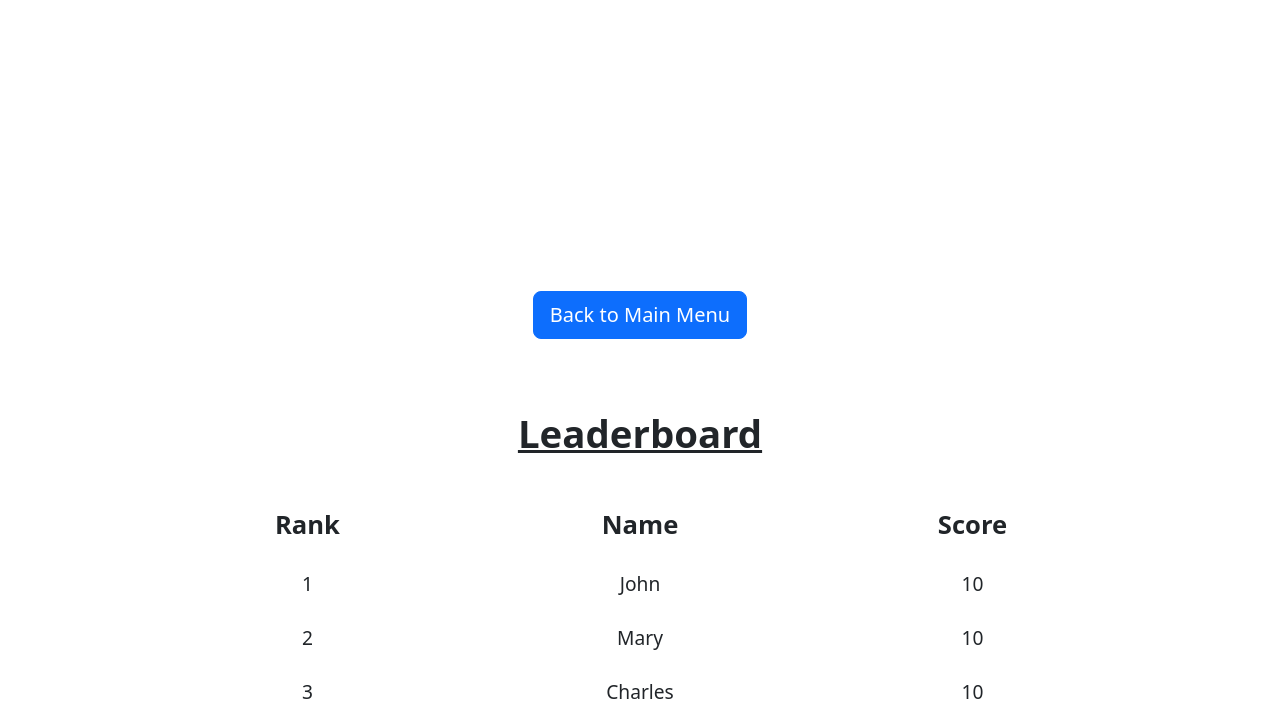
Repository: themaxermister/tik-tok-2022-A1-Hangman
Page: /
The author's editor kept a copy of each file at every save. The page is drawn from the files as they stood at one save, then again after the next save.
The browser window is 1280 px wide. The pictures show the whole page.
The project was rebuilt for these pictures with package versions that can differ from the ones it lists, and the page was loaded fresh each time. Also part of the build but not shown: src/pages/Start.jsx.

Above is the page before, as saved 2022-05-23 17:43:36.

### src/index.js
import React from 'react';
import { createRoot } from 'react-dom/client';
import App from './App';
import reportWebVitals from './reportWebVitals';
import 'bootstrap/dist/css/bootstrap.css';


const root = createRoot(document.getElementById('root'));
root.render(<App />)

// If you want to start measuring performance in your app, pass a function
// to log results (for example: reportWebVitals(console.log))
// or send to an analytics endpoint. Learn more: https://bit.ly/CRA-vitals
reportWebVitals();

### src/App.js
import React, { Component } from "react";
import './css/App.css';
import './css/misc.css';
import Start from "./pages/Start";
import Leaderboard from "./pages/Leaderboard";

class App extends Component {
  state = {
    rank_score : [
      {rank: 1, name:'John', score: 10},
      {rank: 2, name:'Mary', score: 10},
      {rank: 3, name:'Charles', score: 10},
      {rank: 4, name:'', score: 0},
      {rank: 5, name:'', score: 0}
    ]
  };
  render(){
    return (
      //<Start />
      <Leaderboard rankScore={this.state.rank_score} />
    );
  }
}

export default App;

### src/css/App.css
main {
  min-width: 100vw;
  min-height: 100vh;
  display: flex;
  flex-direction: column;
  align-items: center;
}

/* Start Page */
#start-page {
  justify-content: center;
}

#start-title{
  font-size: 10vw;
  margin: 100px;
}

#start-page > #button-row > button {
  width: 20%;
  margin: 20px;
}

/* Leaderboard Page */
#leaderboard-page {
  display: flex;
  flex-direction: column;
  justify-content: flex-start;
  align-items: center;
}

.sub-title{
  margin: 30px;
  font-weight: bold;
  text-decoration: underline;
  font-size: 3vw;
}

#leaderboard-table {
  width: 100%;
  display: flex;
  justify-content: center;
  align-items: center;
}

#leaderboard-table > .grid-container {
  display: grid;
  grid-template-columns: 1fr;
  justify-items: center;
  grid-template-columns: repeat(3, 1fr);
}

#leaderboard-table > .grid-container  > .title {
  font-weight: bold;
  font-size: 2vw !important;
}

#leaderboard-table > .grid-container  > .cell {
  padding: 1vw 10vw;
  font-size: 1.5vw;
}

#leaderboard-page > #back-button-container{
  margin-top: auto;
  margin-bottom: 5vh;
}

### src/css/misc.css
code {
  font-family: source-code-pro, Menlo, Monaco, Consolas, "Courier New",
    monospace;
}

html, body{
  width: 100%;
  height: 100%;
}

body {
  margin: 0;
  font-family: -apple-system, BlinkMacSystemFont, "Segoe UI", "Roboto", "Oxygen",
    "Ubuntu", "Cantarell", "Fira Sans", "Droid Sans", "Helvetica Neue",
    sans-serif;
  -webkit-font-smoothing: antialiased;
  -moz-osx-font-smoothing: grayscale;
}

.hrow {
  width: 100%;
  display: flex;
  flex-direction: row;
  justify-content: center;
}

### src/pages/Leaderboard.jsx
import React, { Component } from "react";
import CustomButton from "../components/CustomButton";
import ScoreTable from "../components/ScoreTable";

class Leaderboard extends Component {
    render() {
    const { rankScore } = this.props; // Saved state of score data

    return (
      <main id="leaderboard-page">
          <div id="back-button-container">
            <CustomButton key="1" id="back-button" type="pri" text="Back to Main Menu" />
          </div>
          <div id="leaderboard-title" className="sub-title">Leaderboard</div>
          <ScoreTable key="1" rankScore={rankScore} tableName="leaderboard-table" />
      </main>
    );
  }
}

export default Leaderboard;

### src/components/CustomButton.jsx
import React from "react";

const getButtonType = (type) => {
  // Change with Kenny's CSS class codes
  if (type === "pri") {
    return "btn btn-primary btn-lg";
  } else if (type === "sec") {
    return "btn btn-secondary btn-lg";
  }
  return "none";
};

const CustomButton = ({ id, type, text }) => {
  //console.log("CustomButton - Rendered");

  return (
    <React.Fragment>
      <button id={id} className={getButtonType(type)}>{text}</button>
    </React.Fragment>
  );
};

export default CustomButton;

### src/components/ScoreTable.jsx
import React from "react";
import ScoreRow from "./ScoreRow";

const ScoreTable = ({ tableName, rankScore }) => {
  //console.log(tableName, "- Rendered");

  return (
    <div id={tableName}>
      <div className="grid-container">
        <ScoreRow rank="Rank" name="Name" score="Score" title='true' />
        { rankScore.map(function(scoreRow) {
          if (scoreRow.name.length > 0)
            return <ScoreRow key={rankScore.indexOf(scoreRow)} rank={scoreRow.rank} name={scoreRow.name}score="10" title={scoreRow.title}/>;
          return null;
        })}
      </div>
    </div>
  );
};

export default ScoreTable;

### src/components/ScoreRow.jsx
import React from "react";

const checkTitle = (rank, name, score, title ) => {
    // Check if row is title row or not
    if (title === 'true'){
        return (
            <React.Fragment>
            <div className="title cell rank">{rank}</div>
            <div className="title cell name">{name}</div>
            <div className="title cell score">{score}</div>
            </React.Fragment>
        )
    }
    else{
        // Check if row is score row or not
        return (
            <React.Fragment>
            <div className="cell rank">{rank}</div>
            <div className="cell name">{name}</div>
            <div className="cell score">{score}</div>
            </React.Fragment>
        )
    }

}

// Generate row in table

const ScoreRow = ({ rank, name, score, title }) => {
  //console.log("#" + rank + " Score Row - Rendered");

  return (
    checkTitle(rank, name, score, title )
  );
};

export default ScoreRow;

Loaded but not shown: public/index.html (common file); src/reportWebVitals.js (common file)

After the next save:
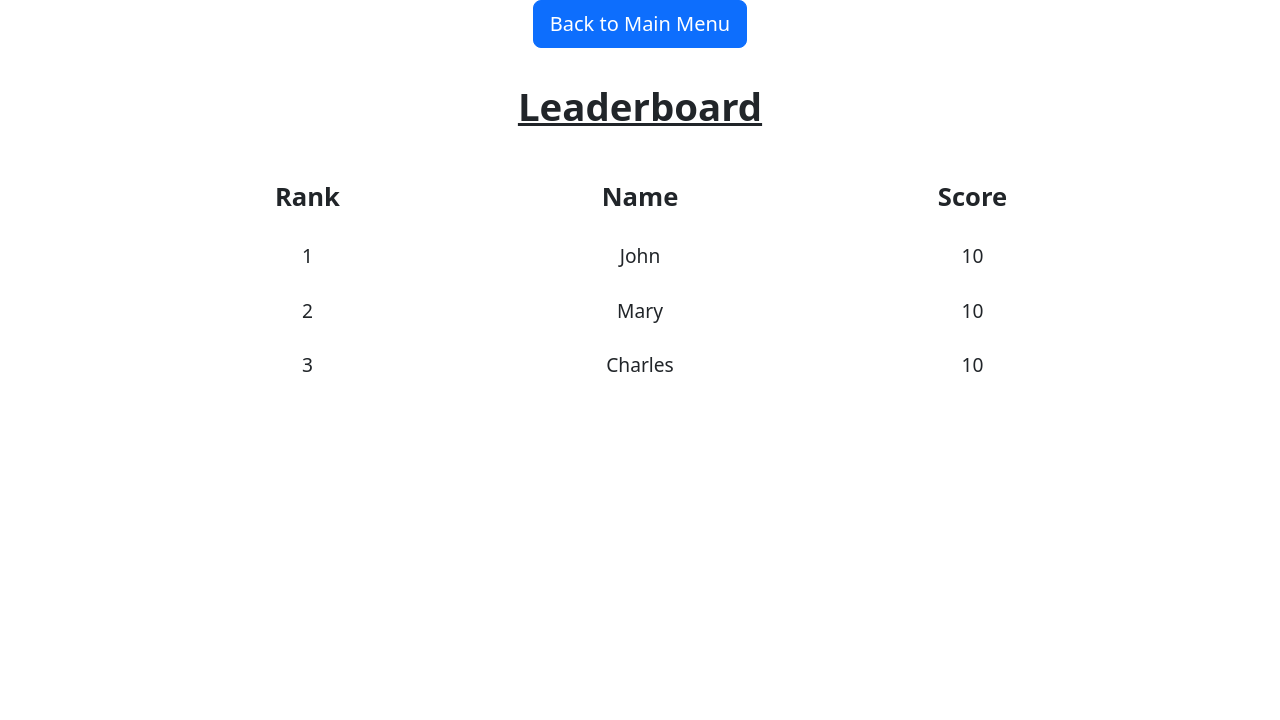
Saved 41 s later.
--- a/src/css/App.css
+++ b/src/css/App.css
@@ -59,8 +59,3 @@ main {
   padding: 1vw 10vw;
   font-size: 1.5vw;
 }
-
-#leaderboard-page > #back-button-container{
-  margin-top: auto;
-  margin-bottom: 5vh;
-}
